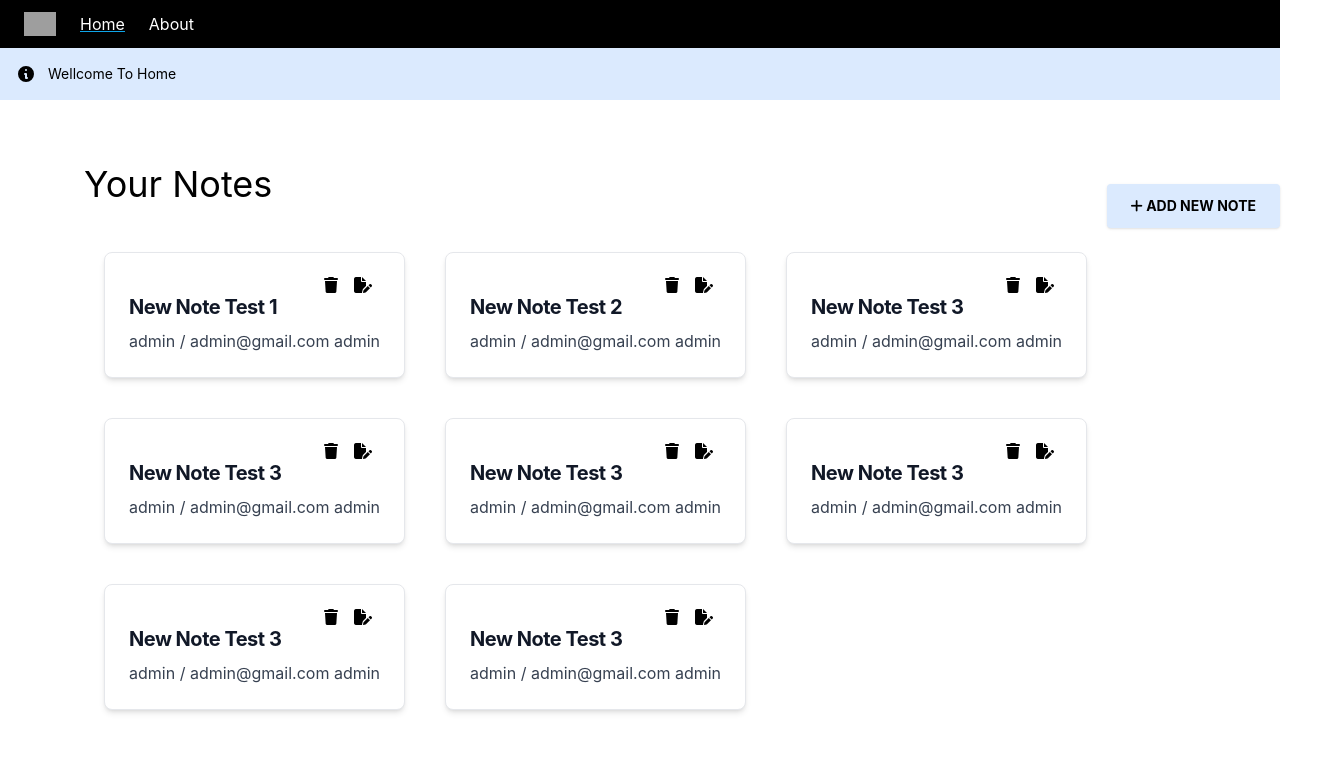
Repository: sonawaneteju4/iNote
Page: /
These files come from the project's save history. The page is drawn as it stood at one moment and after the next save; the edit follows.
The browser window is 1280 px wide. The page is 1324 px wide, so the pictures cover 1324 px, including what lies to the right of the window. The pictures show the whole page.
Pictures or frames that could not be fetched are drawn as grey boxes. Some web libraries are served in a nearby version. The project was rebuilt for these pictures with package versions that can differ from the ones it lists, and the page was loaded fresh each time. Also part of the build but not shown: src/components/AddNote.js, src/components/About.js.

Above is the page before, as saved 2022-10-11 11:05:43.

### public/index.html
<!DOCTYPE html>
<html lang="en">
  <head>
    <meta charset="utf-8" />
    <link rel="icon" href="%PUBLIC_URL%/favicon.ico" />
    <meta name="viewport" content="width=device-width, initial-scale=1" />
    <meta name="theme-color" content="#000000" />
    <meta
      name="description"
      content="Web site created using create-react-app"
    />
    <link rel="apple-touch-icon" href="%PUBLIC_URL%/logo192.png" />

    <link rel="manifest" href="%PUBLIC_URL%/manifest.json" />

    <title>iNote - Secured Notes On Cloud</title>
  </head>
  <body>
    <noscript>You need to enable JavaScript to run this app.</noscript>
    <script src="https://kit.fontawesome.com/61d960ae85.js" crossorigin="anonymous"></script>
    <div id="root"></div>
  </body>
</html>

### src/App.js
import "./App.css";
import { BrowserRouter, Routes, Route } from "react-router-dom";
import Navbar from "./components/Navbar";
import Home from "./components/Home";
import About from "./components/About";
import NoteState from "./context/notes/NoteState";
import Alert from "./components/Alert";

function App() {
  return (
    <>
      <NoteState>
        <BrowserRouter>
          <Navbar />
          <Alert message="Wellcome To Home"/>
          <div className="container m-11">

          <Routes>
            <Route exact path="/" element={<Home />}></Route>
            <Route exact path="/about" element={<About />}></Route>
          </Routes>
          </div>
        </BrowserRouter>
      </NoteState>
    </>
  );
}

export default App;

### src/App.css
.App {
  text-align: center;
}

.App-logo {
  height: 40vmin;
  pointer-events: none;
}

@media (prefers-reduced-motion: no-preference) {
  .App-logo {
    animation: App-logo-spin infinite 20s linear;
  }
}

.App-header {
  background-color: #282c34;
  min-height: 100vh;
  display: flex;
  flex-direction: column;
  align-items: center;
  justify-content: center;
  font-size: calc(10px + 2vmin);
  color: white;
}

.App-link {
  color: #61dafb;
}

@keyframes App-logo-spin {
  from {
    transform: rotate(0deg);
  }
  to {
    transform: rotate(360deg);
  }
}
i{cursor: pointer;

}

### src/components/Navbar.js
import React, {useEffect} from 'react'
import { Link, useLocation } from 'react-router-dom'

const Navbar = () => {
  let location = useLocation();
  useEffect(() => {
    console.log(location.pathname);
  }, [location])

  return (
    <nav className='flex bg-black text-white sticky top-0'>
        <ul className='flex m-3'>
            <li className='px-3'><Link to="/"><img alt="Logo" className='h-6' src='https://i.ibb.co/yyD6c8M/i-NOTE-3.png'></img></Link></li>
            <li className={`px-3  ${location.pathname==='/'? "underline decoration-sky-500": ""}`}><Link to="/">Home</Link></li>
            <li className={`px-3  ${location.pathname==='/about'? "underline decoration-sky-500": ""}`}><Link to="/about">About</Link></li>
        </ul>

    </nav>
  )
}

export default Navbar

### src/components/Home.js
import React from 'react'
// import NoteState from '../context/notes/NoteState';
import Notes from './Notes';

const Home = () => {

  return (
    <div className='mx-10'>
      <Notes />
    </div>

  )
}

export default Home

### src/context/notes/NoteState.js
import { useState } from 'react';
import NoteContext from './NoteContext';


const NoteState = (props) =>{
    const notesInitial = [
        {
          "_id": "6343f8ff5e6343bed4b7ddb5",
          "user": "63402d7553af99b0eef26534",
          "title": "New Note Test 1 ",
          "description": "admin / admin@gmail.com admin",
          "tag": "test",
          "date": "1665390388538",
          "__v": 0
        },
        {
          "_id": "6343f90f5e6343bed4b7ddb8",
          "user": "63402d7553af99b0eef26534",
          "title": "New Note Test 2 ",
          "description": "admin / admin@gmail.com admin",
          "tag": "test",
          "date": "1665390388538",
          "__v": 0
        },
        {
          "_id": "6343f9155e6343bed4b7ddba",
          "user": "63402d7553af99b0eef26534",
          "title": "New Note Test 3 ",
          "description": "admin / admin@gmail.com admin",
          "tag": "test",
          "date": "1665390388538",
          "__v": 0
        },
        {
            "_id": "6343f9155e6343bed4b7ddba",
            "user": "63402d7553af99b0eef26534",
            "title": "New Note Test 3 ",
            "description": "admin / admin@gmail.com admin",
            "tag": "test",
            "date": "1665390388538",
            "__v": 0
          },
          {
            "_id": "6343f9155e6343bed4b7ddba",
            "user": "63402d7553af99b0eef26534",
            "title": "New Note Test 3 ",
            "description": "admin / admin@gmail.com admin",
            "tag": "test",
            "date": "1665390388538",
            "__v": 0
          },
          {
            "_id": "6343f9155e6343bed4b7ddba",
            "user": "63402d7553af99b0eef26534",
            "title": "New Note Test 3 ",
            "description": "admin / admin@gmail.com admin",
            "tag": "test",
            "date": "1665390388538",
            "__v": 0
          },
          {
            "_id": "6343f9155e6343bed4b7ddba",
            "user": "63402d7553af99b0eef26534",
            "title": "New Note Test 3 ",
            "description": "admin / admin@gmail.com admin",
            "tag": "test",
            "date": "1665390388538",
            "__v": 0
          },
          {
            "_id": "6343f9155e6343bed4b7ddba",
            "user": "63402d7553af99b0eef26534",
            "title": "New Note Test 3 ",
            "description": "admin / admin@gmail.com admin",
            "tag": "test",
            "date": "1665390388538",
            "__v": 0
          }
      ]
      const [notes, setNotes] = useState(notesInitial)

      //Add a Note
      const addNote = (title, description,tag)=>{
        const note = {
          "_id": "6343f9155e6343bed4b7ddba",
          "user": "63402d7553af99b0eef26534",
          "title": title,
          "description": description,
          "tag": tag,
          "date": "1665390388538",
          "__v": 0
        };
        setNotes(notes.concat(note))
      }

      // Delete a Note
      const deleteNote = (id)=>{
        console.log(id)
        const newNotes = notes.filter((note)=>{return note._id!==id})
        setNotes(newNotes)
      }

      //Edit a Note
const editNote = (id, title, description,tag)=>{

}

    return(

        <NoteContext.Provider value={{notes, notesInitial, addNote ,deleteNote ,editNote }}>
            {props.children}
        </NoteContext.Provider>
            )
}

export default NoteState;

### src/components/Alert.js
import React from 'react'

const Alert = (props) => {
  return (
    <div className=''>
      <div className="flex p-4 mb-4 text-sm bg-blue-100 rounded-lgz text-black " role="alert">
  <svg aria-hidden="true" className="flex-shrink-0 inline w-5 h-5 mr-3" fill="currentColor" viewBox="0 0 20 20" xmlns="http://www.w3.org/2000/svg"><path fill-rule="evenodd" d="M18 10a8 8 0 11-16 0 8 8 0 0116 0zm-7-4a1 1 0 11-2 0 1 1 0 012 0zM9 9a1 1 0 000 2v3a1 1 0 001 1h1a1 1 0 100-2v-3a1 1 0 00-1-1H9z" clip-rule="evenodd"></path></svg>
  {props.message}
  </div>
    </div>
  )
}

export default Alert

### src/components/Notes.js
import React, {useContext } from 'react'
import NoteContext from '../context/notes/NoteContext';
import AddNote from './AddNote';
import NoteItem from './NoteItem';


const Notes = () => {
    const context = useContext(NoteContext);
    const [showModal, setShowModal] = React.useState(false);
    const {notes, addNote} = context
  return (
    <div>
<div className='flex flex-row justify-between'>
      <h1 className='py-5 text-4xl'>Your Notes</h1>

      <button
        className="bg-blue-100  text-black active:bg-pink-600 font-bold uppercase text-sm my-10 px-6 py-3 rounded shadow hover:shadow-lg outline-none focus:outline-none mr-1 mb-1 ease-linear transition-all duration-150"
        type="button"
        onClick={() => setShowModal(true)}
        >
        <i class="fa-solid fa-plus"></i> Add New Note
      </button>
      {showModal ? (
        <>
          <div
            className="justify-center items-center flex overflow-x-hidden overflow-y-auto fixed inset-0 z-50 outline-none focus:outline-none"
            >
            <div className="relative w-auto my-6 mx-auto max-w-3xl">
              {/*content*/}
              <div className="border-0 rounded-lg shadow-lg relative flex flex-col w-full bg-white outline-none focus:outline-none">
                {/*header*/}
                <div className="flex  items-start justify-between p-5 border-b border-solid border-slate-200 rounded-t">
                  <h3 className="text-3xl font-semibold">
                    Create New Note
                  </h3>
                  <button
                    className="p-1 ml-auto bg-transparent border-0 text-black opacity-5 float-right text-3xl leading-none font-semibold outline-none focus:outline-none"
                    onClick={() => setShowModal(false)}
                    >
                    <span className="bg-transparent text-black opacity-5 h-6 w-6 text-2xl block outline-none focus:outline-none">

                    </span>
                  </button>
                </div>
                {/*body*/}

                    <AddNote/>
                {/*footer*/}
                <div className="flex items-center justify-end p-6 border-t border-solid border-slate-200 rounded-b">
                  <button
                    className="text-red-500 background-transparent font-bold uppercase px-6 py-2 text-sm outline-none focus:outline-none mr-1 mb-1 ease-linear transition-all duration-150"
                    type="button"
                    onClick={() => setShowModal(false)}
                    >
                    Close
                  </button>
                </div>
              </div>
            </div>
          </div>
          <div className="opacity-25 fixed inset-0 z-40 bg-black"></div>
        </>
      ) : null}
      </div>


    <div className='flex flex-wrap'>
        {notes.map((note)=>{
            return <NoteItem key={note._id} note={note}/>;
        })}
    </div>
        </div>
  )
}

export default Notes

### src/components/NoteItem.js
import React, { useContext } from "react";
import NoteContext from '../context/notes/NoteContext';


const NoteItem = (props) => {
 const context = useContext(NoteContext)
  const {deleteNote} = context;
  const { note } = props;
  return (
    <div className="p-5">
      <div class="p-6 max-w-sm bg-white rounded-lg border border-gray-200 shadow-md hover:bg-gray-100">
        <div className="flex item-start justify-end">
          <i class="fa-solid fa-trash mx-2" onClick={()=>{deleteNote(note._id)}}></i>
          <i class="fa-solid fa-file-pen mx-2"></i>
        </div>
          <h5 class="mb-2 text-xl font-bold tracking-tight text-gray-900">
            {note.title}
          </h5>
        <p class="font-normal text-gray-700"> {note.description}</p>
      </div>
    </div>
  );
};

export default NoteItem;

Loaded but not shown: src/index.js (common file); src/index.css (common file); src/context/notes/NoteContext.js (common file); tailwind.config.js (common file)

After the next save:
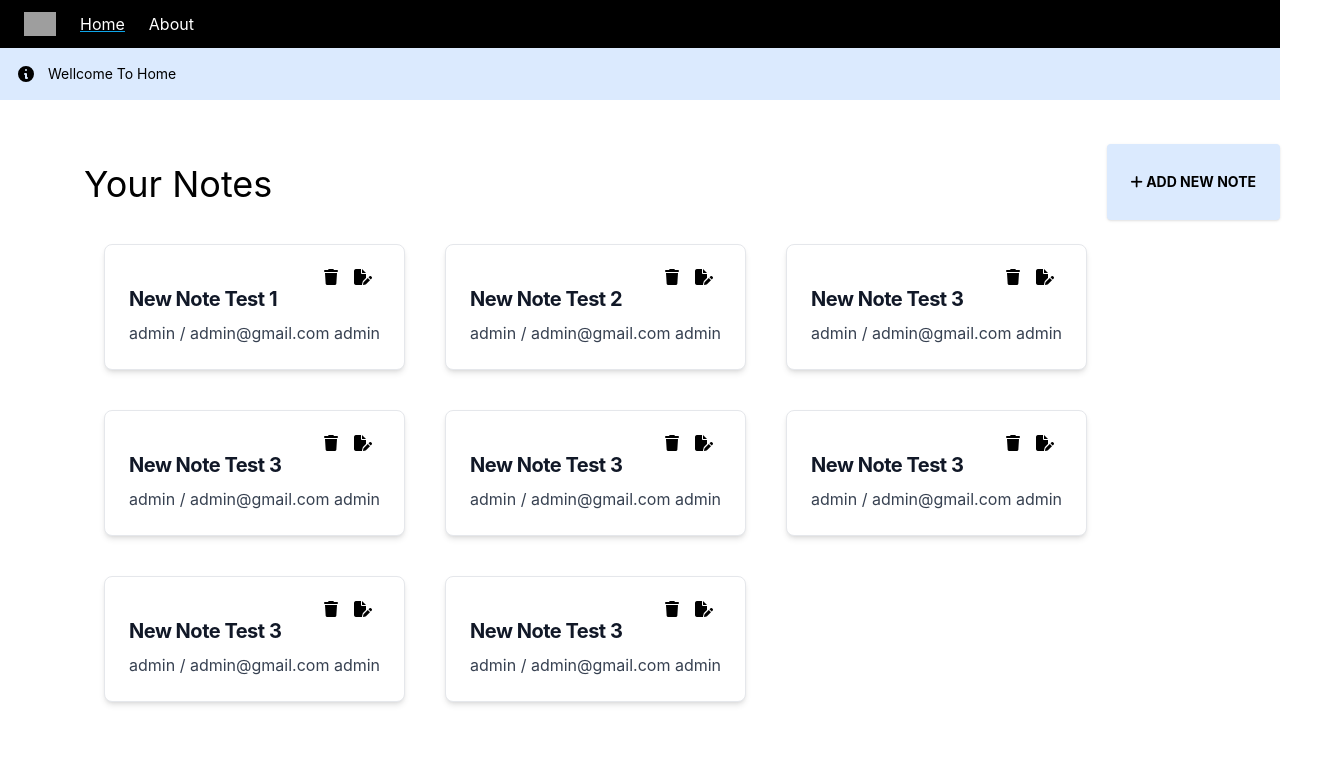
Saved 4 s later.
--- a/src/components/Notes.js
+++ b/src/components/Notes.js
@@ -14,7 +14,7 @@
       <h1 className='py-5 text-4xl'>Your Notes</h1>
 
       <button
-        className="bg-blue-100  text-black active:bg-pink-600 font-bold uppercase text-sm my-10 px-6 py-3 rounded shadow hover:shadow-lg outline-none focus:outline-none mr-1 mb-1 ease-linear transition-all duration-150"
+        className="bg-blue-100  text-black active:bg-pink-600 font-bold uppercase text-sm mx-10 px-6 py-3 rounded shadow hover:shadow-lg outline-none focus:outline-none mr-1 mb-1 ease-linear transition-all duration-150"
         type="button"
         onClick={() => setShowModal(true)}
         >

After the 2 saves that followed:
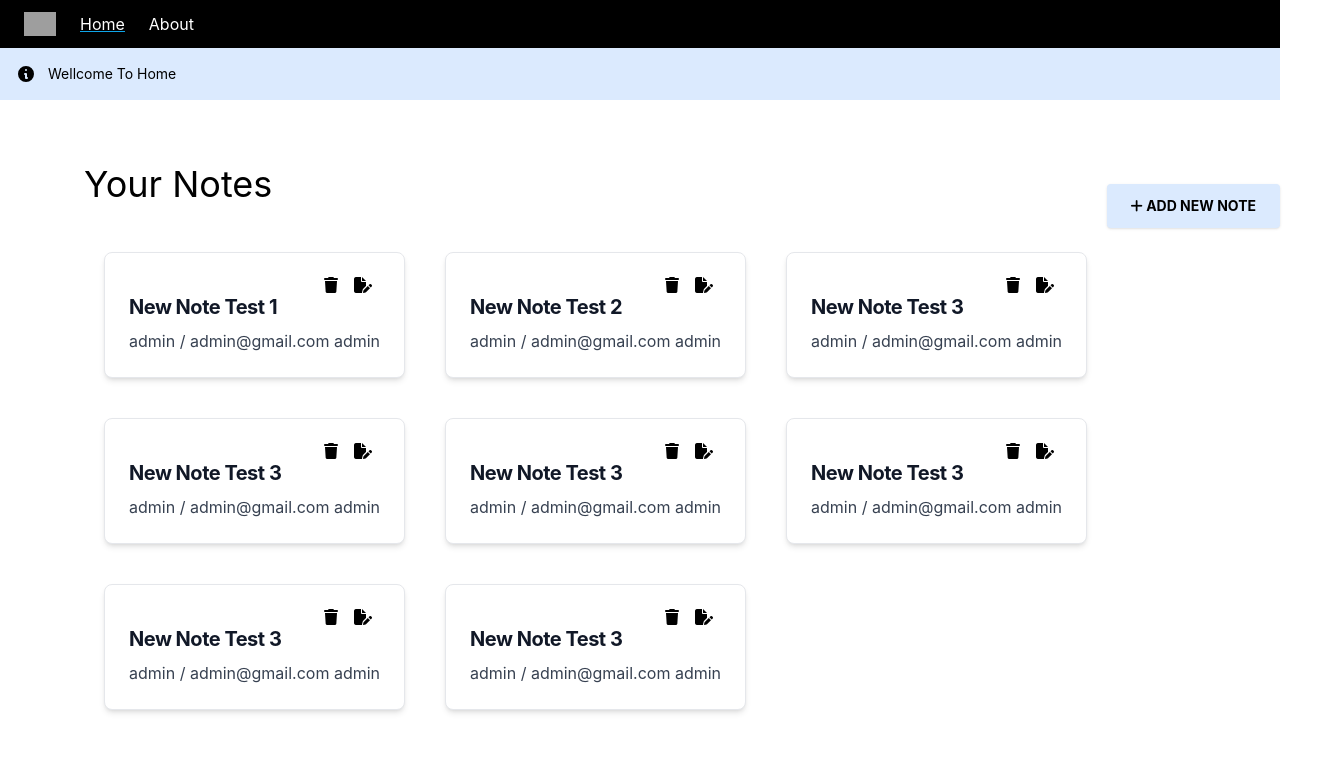
The 2 saves are shown as one change because they came seconds apart.
The last was saved 7 s later.
--- a/src/components/Notes.js
+++ b/src/components/Notes.js
@@ -14,7 +14,7 @@
       <h1 className='py-5 text-4xl'>Your Notes</h1>
 
       <button
-        className="bg-blue-100  text-black active:bg-pink-600 font-bold uppercase text-sm mx-10 px-6 py-3 rounded shadow hover:shadow-lg outline-none focus:outline-none mr-1 mb-1 ease-linear transition-all duration-150"
+        className="bg-blue-100  text-black active:bg-pink-600 font-bold uppercase text-sm my-10 px-6 py-3 rounded shadow hover:shadow-lg outline-none focus:outline-none mr-1 mb-1 ease-linear transition-all duration-150"
         type="button"
         onClick={() => setShowModal(true)}
         >
